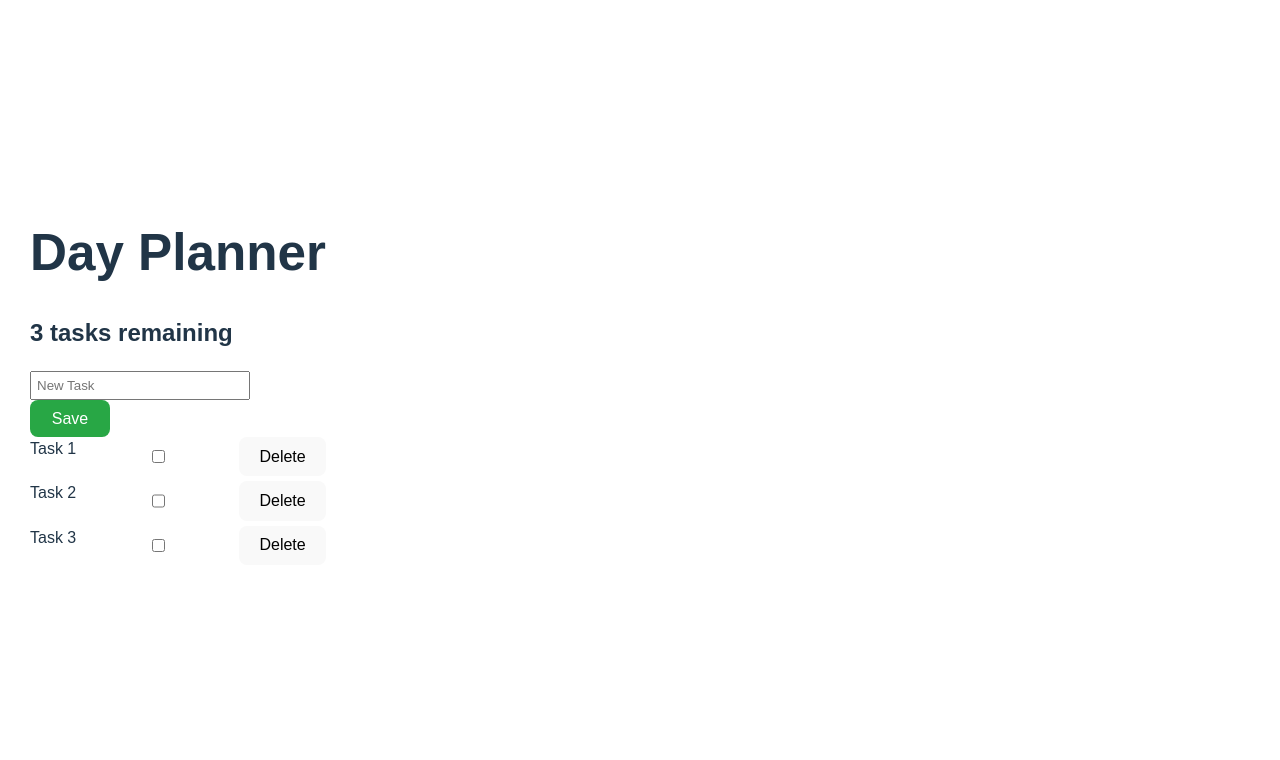
Repository: GavinPahal/lab5
Page: /
These files come from the project's save history. The page is drawn as it stood at one moment and after a run of saves; the edit follows.
The browser window is 1280 px wide. The pictures show the whole page.
The project was rebuilt for these pictures with package versions that can differ from the ones it lists, and the page was loaded fresh each time. Also part of the build but not shown: vite.config.js.

Above is the page before, as saved 2024-10-11 17:43:43.

After the next 2 saves:
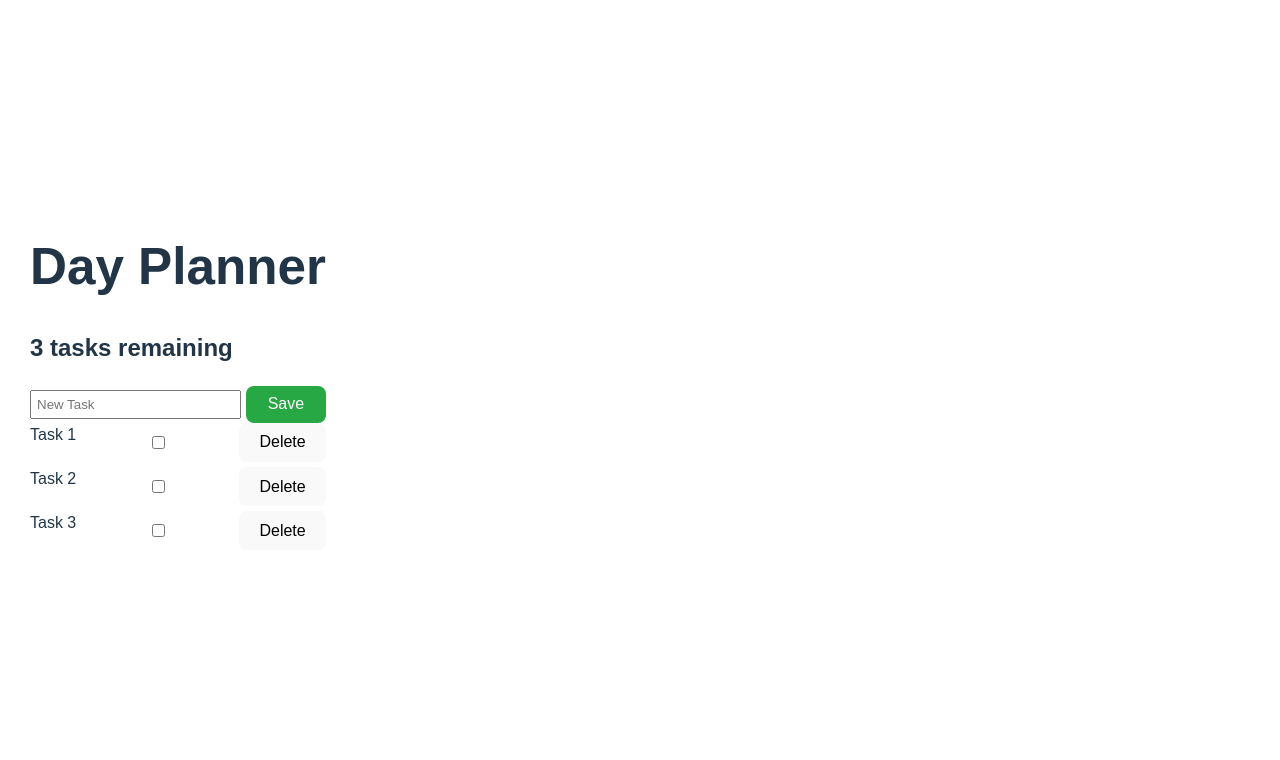
The 2 saves are shown as one change because 1 did not build or start.
The last was saved 89 s later.
--- a/components/TaskForm.jsx
+++ b/components/TaskForm.jsx
@@ -13,12 +13,13 @@ function TaskForm({ addTask }) {
   };
 
   return (
-    <form onSubmit={handleSubmit}>
+    <form onSubmit={handleSubmit} style={{ display: 'flex', alignItems: 'center' }}>
       <input
         type="text"
         placeholder="New Task"
         value={taskName}
         onChange={(e) => setTaskName(e.target.value)}
+        style={{ flex: 1, marginRight: '5px' }} // Flex to take remaining space
       />
       <button type="submit" className="save">Save</button>
     </form>
